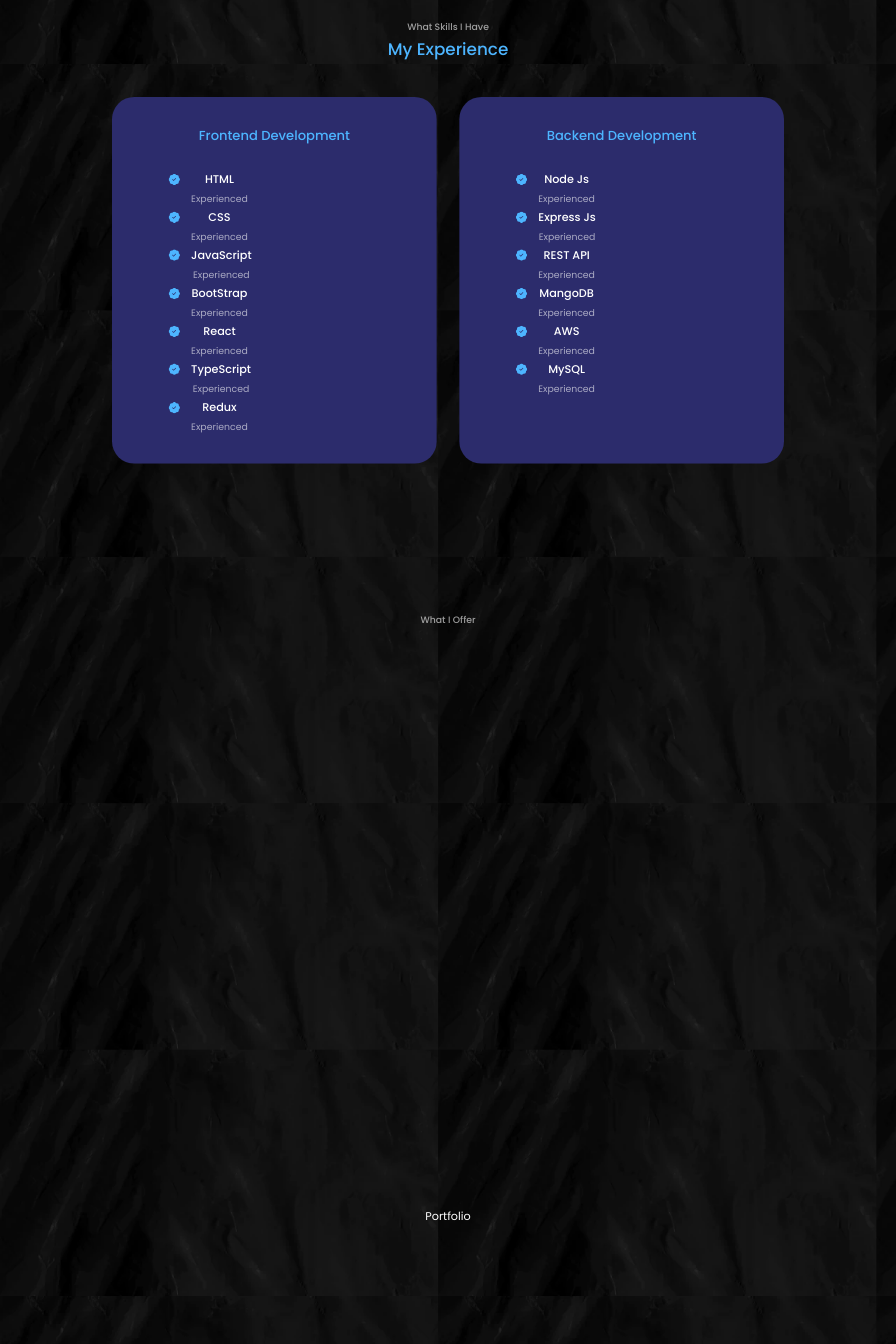
Repository: mayuri2018/Mr_react_portfolio
Page: /
An editor plug-in stored every save of this project. The page is shown before and after the next save, followed by the edit.
The browser window is 1280 px wide. The pictures show the part of the page from y = 1669 to 3589 px (the page is 5835 px tall), at 70% of full size.
The project was rebuilt for these pictures with package versions that can differ from the ones it lists, and the page was loaded fresh each time. Also part of the build but not shown: src/components/services/services.css, src/components/portfolio/portfolio.css, src/components/testimonials/testimonials.css, src/components/contact/contact.css, src/components/footer/footer.css.

Above is the page before, as saved 2023-01-25 14:41:43.

### public/index.html
<!DOCTYPE html>
<html lang="en">
  <head>
    <meta charset="utf-8" />
    <link rel="icon" href="%PUBLIC_URL%/favicon.ico" />
    <meta name="viewport" content="width=device-width, initial-scale=1" />
    <meta name="theme-color" content="#000000" />
    <meta
      name="description"
      content="Web site created using create-react-app"
    />
    <link rel="apple-touch-icon" href="%PUBLIC_URL%/logo192.png" />
    <!--
      manifest.json provides metadata used when your web app is installed on a
      user's mobile device or desktop. See https://developers.google.com/web/fundamentals/web-app-manifest/
    -->
    <link rel="manifest" href="%PUBLIC_URL%/manifest.json" />
    <!--
      Notice the use of %PUBLIC_URL% in the tags above.
      It will be replaced with the URL of the `public` folder during the build.
      Only files inside the `public` folder can be referenced from the HTML.

      Unlike "/favicon.ico" or "favicon.ico", "%PUBLIC_URL%/favicon.ico" will
      work correctly both with client-side routing and a non-root public URL.
      Learn how to configure a non-root public URL by running `npm run build`.
    -->
    <title>React portfolio</title>
  </head>
  <body>
    <noscript>You need to enable JavaScript to run this app.</noscript>
    <div id="root"></div>
    <!--
      This HTML file is a template.
      If you open it directly in the browser, you will see an empty page.

      You can add webfonts, meta tags, or analytics to this file.
      The build step will place the bundled scripts into the <body> tag.

      To begin the development, run `npm start` or `yarn start`.
      To create a production bundle, use `npm run build` or `yarn build`.
    -->
  </body>
</html>

### src/index.css
@import url('https://fonts.googleapis.com/css2?family=Poppins:wght@300;400;500;600&display=swap');
*{
  margin:0;
  padding: 0;
  border: 0;
  outline: 0;
  box-sizing:border-box;
  list-style: none;
  text-decoration: none;
}
:root{
  --color-bg:#1f1f38;
  --color-bg-variant:#2c2c6c;
  --color-primary:#4db5ff;
  --color-primary-vriant:rgba(77,181,255,0.4);
  --color-white:#fff;
  --color-light:rgba(255, 255, 255, 0.6);
  --transition: all 400ms;
  --container-width-lg:75%;
  --container-width-md:86%;
  --container-width-sm:90%;
}

html {
  scroll-behavior: smooth;
}

::-webkit-scrollbar{
  display: none;
}
body{
  font-family: "Poppins", sans-serif;
  background:var (--color-white);
  color: var(--color-white);
  line-height: 1.7;
  background-image: url(../src/assets/bg-texture.webp);
}
/*---------general style---------*/
.container{
  width: var(--container-width-lg);
  margin: 0 auto;
}

h1,
h2,
h3,
h4,
h5{
  font-weight:500;
}
h1{
  font-size: 2.5rem;
}
section{
  margin-top: 8rem;
  height: 100vh;
}
section > h2,
section >h5{
  text-align: center;
  color: var(--color-light);
}
section > h2{
  color: var(--color-primary);
  margin-bottom: 3rem;
}
.text-light{
  color: var(--color-light);
}
a{
  color: var(--color-primary);
  transition: var(--transition);
}
a:hover{
  color: var(--color-white);
}
.btn{
  width: max-content;
  display: inline-block;
  color: var(--color-primary);
  padding: 0.75rem 1.2rem;
  border-radius: 0.4rem;
  cursor: pointer;
  border: 1px solid var(--color-primary);
  transition: var(--transition);
}
.btn:hover{
  background: var(--color-white);
  color: var(--color-bg);
  border-color: transparent;
}
.btn-primary{
  background: var(--color-primary);
  color: var(--color-bg);
}
img{
  display: block;
  width: 100%;
  object-fit: cover;
}
/*----------Media Queries (Medium devices)-----*/
@media screen and (max-width: 1024px){
  .container{
    width: var(--container-width-md);
  }
  section{
    margin-top: 6rem;
  }

}
/*----------Media Queries (small devices)-----*/
@media screen and (max-width: 600px){
  .container{
    width: var(--container-width-md);
  }
  section > h2{
    margin-bottom: 2rem;
  }

}

### src/App.js
import logo from './logo.svg';
import './App.css';
import Header from "./components/header/Header";
import Nav from "./components/nav/Nav";
import About from "./components/about/About";
import Experience from "./components/experience/Experience";
import Services from "./components/services/Services";
import Portfolio from "./components/portfolio/Portfolio";
import Testimonials from "./components/testimonials/Testimonials";
import Contact from "./components/contact/Contact";
import Footer from "./components/footer/Footer";

function App() {
  return (
    <div className="App">
      <Header/>
      <Nav/>
      <About/>
      <Experience/>
      <Services/>
      <Portfolio/>
      <Testimonials/>
      <Contact/>
      <Footer/>

    </div>
  );
}

export default App;

### src/components/header/Header.jsx
import React from "react";
import "./header.css";
import ME from "../../assets/ME.jpeg";
import CTA from "./CTA";
import HeaderSocials from "./HeaderSocials";

export default function Header(){
    return(
        <header>
            <div className="container header_container">
                <h5>Hello I'm</h5>
                <h1>Mayuri Vaddempudi</h1>
                <h5 className="text-light">Fullstack Developer</h5>
                <CTA/>
                <HeaderSocials/>
                <div className="me">
                    <img src={ME} alt="me"/>
                </div>
                <a href="#contact" className="scroll_down">Scroll Down</a>
            </div>
        </header>

    )
}

### src/components/nav/Nav.jsx
import React from "react";
import "./nav.css";
import {AiOutlineHome} from "react-icons/ai";
import {BiBook} from "react-icons/bi";
import {AiOutlineUser} from "react-icons/ai";
import {RiServiceLine} from "react-icons/ri";
import {BiMessageSquareDetail} from "react-icons/bi";
import { useState } from "react";

export default function Nav(){
    const[activeNav, setActiveNav] = useState("#")
    return(
        <nav>
            <a href="#" onClick = {()=> setActiveNav("#")}className={activeNav === "#" ? "active" : ""}><AiOutlineHome/></a>
            <a href="#about" onClick = {()=> setActiveNav("#about")}className={activeNav === "#about" ? "active" : ""}><AiOutlineUser/></a>
            <a href="#experience" onClick = {()=> setActiveNav("#experience")}className={activeNav === "#experience" ? "active" : ""}><BiBook/></a>
            <a href="#services" onClick = {()=> setActiveNav("#services")}className={activeNav === "#services" ? "active" : ""}><RiServiceLine/></a>
            <a href="#contact" onClick = {()=> setActiveNav("#contact")}className={activeNav === "#contact" ? "active" : ""}><BiMessageSquareDetail/></a>
        </nav>

    )
}

### src/components/about/About.jsx
import React from "react";
import "./about.css";
import ME from "../../assets/ME.jpeg";
import{FaAward} from "react-icons/fa";
import{FiUsers} from "react-icons/fi";
import{VscFolderLibrary} from "react-icons/vsc";

export default function About(){
    return(
        <section id="about">
            <h5>Get To Know</h5>
            <h2>About Me</h2>
            <div className="container about_container">
                <div className="about_me">
                    <div className="about_me-image">
                        <img src={ME} alt="About-image"/>
                    </div>
                </div>

                <div className="about_content">
                    <div className="about_cards">
                        <article className="about_card">
                            <FaAward className="about_icon"/>
                            <h5>Experience</h5>
                            <small>4+ Years working</small>
                        </article>

                        <article className="about_card">
                            <FiUsers className="about_icon"/>
                            <h5>Clients</h5>
                            <small>5 Worldwide</small>
                        </article>

                        <article className="about_card">
                            <VscFolderLibrary className="about_icon"/>
                            <h5>Projects</h5>
                            <small>5+ Completed</small>
                        </article>
                    </div>
                    <p>
                    Overall with 4 years of experience including design & developing for building websites.
                    My experience in web design led me to learn technologies such as SEO, Google Analytics,
                    Schema Markup and Wireframe.
                    Passionate about work in cross-functional teams and delivering the best solutions for customers.
                    Currently working on web apps created on ReactJs, Redux, React-router, and Axios.
                    Open for relocation and working as a front-end.
                    </p>
                    <a href="#contact" className="btn-primary">Let's Talk</a>
                </div>
            </div>
        </section>
    )
}

### src/components/experience/Experience.jsx
import React from "react";
import "./experience.css";
import {BsPatchCheckFill} from "react-icons/bs"

export default function Experience (){
    return(
        <section id="experience">
            <h5>What Skills I Have</h5>
            <h2>My Experience</h2>

            <div className="container experience_container">
                <div className="experience_frontend">
                    <h3>Frontend Development</h3>
                    <div className="experience_content">
                        <article className="experience_details">
                            <BsPatchCheckFill className="experience_details-icon"/>
                            <div>
                            <h4>HTML</h4>
                            <small className="text-light">Experienced</small>
                            </div>
                        </article>

                        <article className="experience_details">
                            <BsPatchCheckFill className="experience_details-icon"/>
                            <div>
                            <h4>CSS</h4>
                            <small className="text-light">Experienced</small>
                            </div>
                        </article>

                        <article className="experience_details">
                            <BsPatchCheckFill className="experience_details-icon"/>
                            <div>
                            <h4>JavaScript</h4>
                            <small className="text-light">Experienced</small>
                            </div>
                        </article>

                        <article className="experience_details">
                            <BsPatchCheckFill className="experience_details-icon"/>
                            <div>
                            <h4>BootStrap</h4>
                            <small className="text-light">Experienced</small>
                            </div>
                        </article>

                        <article className="experience_details">
                            <BsPatchCheckFill className="experience_details-icon"/>
                            <div>
                            <h4>React</h4>
                            <small className="text-light">Experienced</small>
                            </div>
                        </article>

                        <article className="experience_details">
                            <BsPatchCheckFill className="experience_details-icon"/>
                            <div>
                            <h4>TypeScript</h4>
                            <small className="text-light">Experienced</small>
                            </div>
                        </article>

                        <article className="experience_details">
                            <BsPatchCheckFill className="experience_details-icon"/>
                            <div>
                            <h4>Redux</h4>
                            <small className="text-light">Experienced</small>
                            </div>
                        </article>
                    </div>
                </div>
                <div className="experience_backend">
                <h3>Backend Development</h3>
                    <div className="experience_content">
                        <article className="experience_details">
                            <BsPatchCheckFill className="experience_details-icon"/>
                            <div>
                            <h4>Node Js</h4>
                            <small className="text-light">Experienced</small>
                            </div>
                        </article>

                        <article className="experience_details">
                            <BsPatchCheckFill className="experience_details-icon"/>
                            <div>
                            <h4>Express Js</h4>
                            <small className="text-light">Experienced</small>
                            </div>
                        </article>

                        <article className="experience_details">
                            <BsPatchCheckFill className="experience_details-icon"/>
                            <div>
                            <h4>REST API</h4>
                            <small className="text-light">Experienced</small>
                            </div>
                        </article>

                        <article className="experience_details">
                            <BsPatchCheckFill className="experience_details-icon"/>
                            <div>
                            <h4>MangoDB</h4>
                            <small className="text-light">Experienced</small>
                            </div>
                        </article>

                        <article className="experience_details">
                            <BsPatchCheckFill className="experience_details-icon"/>
                            <div>
                            <h4>AWS</h4>
                            <small className="text-light">Experienced</small>
                            </div>
                        </article>

                        <article className="experience_details">
                            <BsPatchCheckFill className="experience_details-icon"/>
                            <div>
                            <h4>MySQL</h4>
                            <small className="text-light">Experienced</small>
                            </div>
                        </article>
                    </div>
                </div>
            </div>
        </section>
    )
}

### src/components/services/Services.jsx
import React from "react";
import "./services.css";

export default function Services(){
    return(
        <section id="services">
            <h5>What I Offer</h5>
        </section>
    )
}

### src/components/portfolio/Portfolio.jsx
import React from "react";
import "./portfolio.css";

export default function Portfolio(){
    return(
        <section id="portfolio">Portfolio</section>
    )
}

### src/components/testimonials/Testimonials.jsx
import React from "react";
import "./testimonials.css";

export default function Testimonials(){
    return(
        <section id="testimonials">Testimonials</section>
    )
}

### src/components/contact/Contact.jsx
import React from "react";
import "./contact.css";

export default function Contact(){
    return(
        <section id="contact">Contact</section>
    )
}

### src/components/footer/Footer.jsx
import React from "react";
import "./footer.css";

export default function Footer(){
    return(
        <div>Footer</div>
    )
}

### src/components/header/header.css
header{
    height: 100vh;
    padding-top: 7rem;
    overflow: hidden;
}
.header_container{
    text-align: center;
    height: 100%;
    position: relative;
}
/*------------CTA-----------*/
.cta{
    margin-top: 2.5rem;
    display: flex;
    gap: 1.2rem;
    justify-content: center;
}
/*------------headerSocials-----------*/
.header_socials{
    display: flex;
    flex-direction: column;
    align-items: center;
    gap: 0.8rem;
    position: absolute;
    left: 0;
    bottom: 3rem;
}
.header_socials::after{
    content: "";
    width: 1px;
    height: 2rem;
    background: var(--color-primary);
}
/*------------ME-----------*/
.me{
    background: linear-gradient(var(--color-primary), transparent);
    width: 22rem;
    height: 30rem;
    position: absolute;
    left: calc(50% - 11rem);
    margin-top: 4rem;
    border-radius: 12rem 12rem 0 0;
    overflow: hidden;
    padding: 5rem 1.5rem 1.5rem 1.5rem;
}
/*------------scroll down-----------*/
.scroll_down{
    position: absolute;
    right: -2.3rem;
    bottom: 5rem;
    transform: rotate(90deg);
    font-weight: 300;
    font-size: 0.9;
}
/*----------Media Queries (Medium devices)-----*/
@media screen and (max-width: 1024px){
    header{
        height: 68vh;
    }

  }
  /*----------Media Queries (small devices)-----*/
  @media screen and (max-width: 600px){
    header{
        height: 100vh;
    }
    .header_socials,
    .scroll_down{
        display: none;
    }
  }

### src/components/header/CTA.jsx
import React from "react";

export default function CTA(){
    return(
        <div className="cta">
           <a href="{CV}" className="btn">Download CV</a>
           <a href="#contact" className="btn btn-primary">Let's Talk</a>
        </div>
    )
}

### src/components/header/HeaderSocials.jsx
import React from "react";
import {BsLinkedin} from "react-icons/bs";
import {BsGithub} from "react-icons/bs";
import {FaDribbble} from "react-icons/fa";

export default function HeaderSocials(){
    return(
        <div className="header_socials">
            <a href="https://linkedin.com" target="_blank"><BsLinkedin/></a>
            <a href="https://github.com" target="_blank"><BsGithub/></a>
            <a href="https://dribble.com" target="_blank"><FaDribbble/></a>
        </div>
    )
}

### src/components/nav/nav.css
nav{
    background: rgba(0, 0, 0, 0.3);
    width: max-content;
    display: block;
    padding: 0.7rem 1.7rem;
    z-index: 2;
    position: fixed;
    left: 50%;
    transform: translate(-50%);
    bottom: 2rem;
    display: flex;
    gap: 0.8rem;
    border-radius: 3rem;
    backdrop-filter: blur(15px);
}
nav a{
    background: transparent;
    padding: 0.9rem;
    border-radius: 50%;
    display: flex;
    color: var(--color-light);
    font-size: 1.1rem;
}
nav a:hover{
    background:rgba(0, 0, 0, 0.3);
}
nav a.active{
    background: var(--color-bg);
    color: var(--color-white);
}

### src/components/about/about.css
.about_container{
    display: grid;
    grid-template-columns: 35% 50%;
    gap:15%;
}

.about_me{
    width: 100%;
    aspect-ratio: 1/1;
    border-radius: 2rem;
    background: linear-gradient(
        45deg,
        transparent,
        var(--color-primary),
        transparent);
    display: grid;
    place-items: center;
}

.about_me-image{
    border-radius: 2rem;
    overflow: hidden;
    transform: rotate(10deg);
    transition: var(--transition);
}

.about_me-image:hover{
    transform: rotate(0);
}
.about_cards{
    display: grid;
    grid-template-columns: repeat(3, 1fr);
    gap: 1.5em;
}

.about_card{
    background: var(--color-bg-variant);
    border: 1px solid transparent;
    border-radius: 1rem;
    padding: 2rem;
    text-align: center;
    transition: var(--transition);
}

.about_card:hover{
    background: transparent;
    border-color: var(--color-primary-variant);
    cursor: default;
}

.about_icon{
    color: var(--color-primary);
    font-size: 1.4rem;
    margin-bottom: 1rem;
}
.about_card h5{
    font-size: 0.9rem;
}

.about_card small{
    font-size: 0.7rem;
    color: var(--color-light);
}

.about_content p{
    margin: 2rem 0 2.6rem;
    color:var(--color-light);
}

/*----------Media Queries (Medium devices)-----*/
@media screen and (max-width: 1024px){
    .about_container{
        grid-template-columns: 1fr;
        gap:0;
    }
    .about_me{
        width: 50%;
        margin: 1rem 0 1.5rem;
    }

  }
  /*----------Media Queries (small devices)-----*/
  @media screen and (max-width: 600px){
    .about_me{
        width: 65%;
        margin: 0 auto 3rem;
    }
    .about_cards{
        grid-template-columns: 1fr 1fr;
        gap:1rem ;
    }
    .about_content{
        text-align: center;
    }
    .about_content p{
        margin: 1.5rem 0;
    }
  }

### src/components/experience/experience.css
.experience_container{
    display: grid;
    grid-template-columns: 1fr 1fr;
    gap:2rem;
}
.experience_container > div{
    background:var(--color-bg-variant);
    padding: 2.4rem 5rem;
    border-radius: 2rem;
    border: 1px solid transparent;
    transition: var(--transition);
}

.experience_container > div:hover{
    background: transparent;
    border-color: var(--color-primary-variant);
    cursor: default;
}
.experience_container > div h3{
    text-align: center;
    margin-bottom: 2rem;
    color: var(--color-primary);
}

.experience_container{
    display: grid;
    grid-template-columns: 1fr 1fr;
    row-gap: 2rem;
}
.experience_details{
    display: flex;
    gap:1rem;
}
.experience_details-icon{
    margin-top: 6px;
    color: var(--color-primary);
}

/*----------Media Queries (Medium devices)-----*/
@media screen and (max-width: 1024px){
    .experience_container{
        grid-template-columns: 1fr;
    }
    .experience_container > div{
        width: 80%;
        padding: 2rem;
        margin: 0 auto;
    }
    .experience_content{
        padding: 1rem;
    }

  }
  /*----------Media Queries (small devices)-----*/
  @media screen and (max-width: 600px){
   .experience_container{
    gap:1rem;
   }
   .experience_container > div{
    width: 100%;
    padding: 2rem 1rem;
   }
  }

Loaded but not shown: src/index.js (common file); src/reportWebVitals.js (common file); src/App.css (common file)

After the next save:
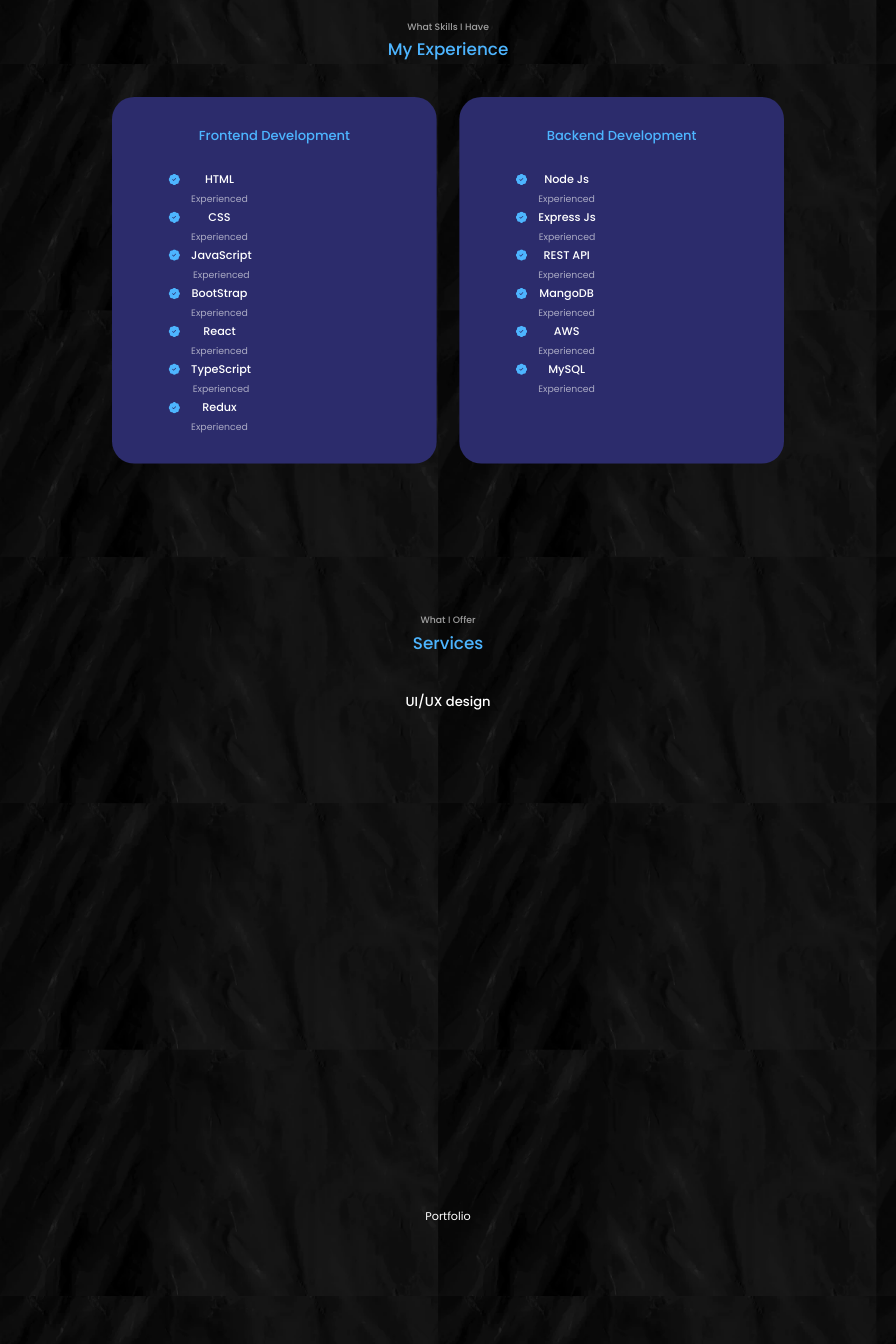
Saved 2 min 17 s later.
--- a/src/components/services/Services.jsx
+++ b/src/components/services/Services.jsx
@@ -5,6 +5,14 @@ export default function Services(){
     return(
         <section id="services">
             <h5>What I Offer</h5>
+            <h2>Services</h2>
+            <div className="container service_container">
+                <article className="service">
+                    <div className="service_head">
+                        <h3>UI/UX design</h3>
+                    </div>
+                </article>
+            </div>
         </section>
     )
 }
